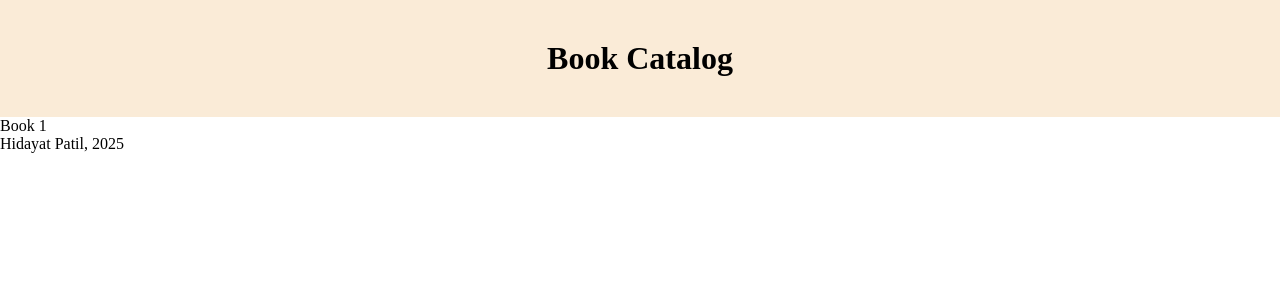
Repository: HidayatPatil/fwd-Week3-Assignment
Page: /
The author's editor kept a copy of each file at every save. The page is drawn from the files as they stood at one save, then again after a run of saves.
The browser window is 1280 px wide. The pictures show the whole page.
The project was rebuilt for these pictures with package versions that can differ from the ones it lists, and the page was loaded fresh each time. Also part of the build but not shown: vite.config.js.

Above is the page before, as saved 2025-09-12 23:03:42.

### src/index.css
body {
    margin: 0;
}

.header {
    background-color: antiquewhite;
    padding: 16px;
}

.header h1 {
    text-align: center;
    margin: 24px 0;
}

### src/App.jsx
function Book(prop){
  return (
    <div>
      <img src="" />
      <div>
        <div className="author_name">
          <p>by</p>
          <p>name</p>
        </div>
        <a className="book_link">Learn More</a>
      </div>
    </div>
  )
}

function App() {
  return (
    <div>
      <div className="header">
        <h1>Book Catalog</h1>
      </div>
      <div className="book_listing">Book 1</div>
      <div className="footer">Hidayat Patil, 2025</div>
    </div>
  );
}

export default App;

Loaded but not shown: index.html (common file); src/main.jsx (common file)

After the next 2 saves:
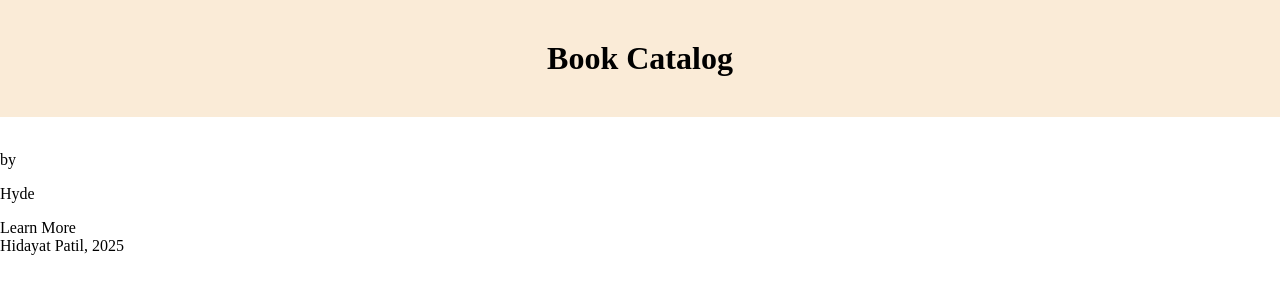
The 2 saves are shown as one change because 1 did not build or start.
The last was saved 110 s later.
--- a/src/App.jsx
+++ b/src/App.jsx
@@ -5,7 +5,7 @@
       <div>
         <div className="author_name">
           <p>by</p>
-          <p>name</p>
+          <p>{prop.author}</p>
         </div>
         <a className="book_link">Learn More</a>
       </div>
@@ -19,7 +19,9 @@
       <div className="header">
         <h1>Book Catalog</h1>
       </div>
-      <div className="book_listing">Book 1</div>
+      <div className="book_listing">
+        <Book author="Hyde"></Book>
+      </div>
       <div className="footer">Hidayat Patil, 2025</div>
     </div>
   );
